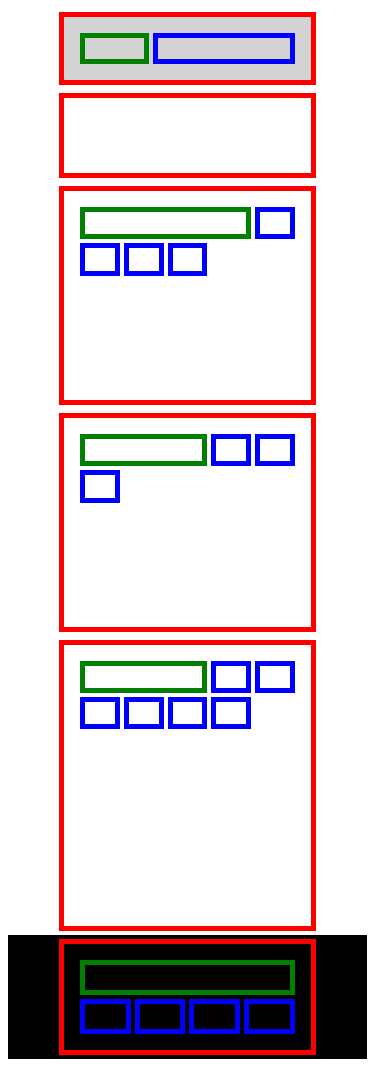
Repository: anderscederberg11/LAB2BG
Page: index.html
These files come from the project's save history. The page is drawn as it stood at one moment and after the next save; the edit follows.
The browser window is 375 px wide. The pictures show the whole page.

Above is the page before, as saved 2024-02-01 20:41:08.

### index.html
<!doctype html>
<html class="no-js" lang="en">

<head>
  <meta charset="utf-8">
  <meta name="viewport" content="width=device-width, initial-scale=1">
  <title>Sebastians Wonderful Website</title>
  <link rel="stylesheet" href="css/style.css">
  <meta name="description" content="sebastians website">
  <meta property="og:title" content="Sebastians Wonderful Website">
  <meta property="og:type" content="website">
  <meta property="og:url" content="https://www.SebastianWebsite.com">
  <!--<meta property="og:image" content=""> -->

  <link rel="icon" href="/favicon.ico" sizes="any">
  <link rel="icon" href="/icon.svg" type="image/svg+xml">
  <link rel="apple-touch-icon" href="icon.png">

</head>
    <body class="displayContainer">

        <header class="headerContainer">
            <div class="headerTitleContainer">
                <h1 class="title"></h1>
            </div>
            <div class="headerImageContainer"></div>
        </header>

        <div class="sectionOne">
            <div class="sectionOneImage">
                <div class="sectionOneList">
                    <p>test</p>
                </div>
                <!-- image -->
            </div>
        </div>

        <div class="sectionTwo">
            <h1 class="title"></h1>
        </div>

        <div class="sectionThree">
            <div class="headerSectionThree">
                <h2 class="secondHeader"></h2>
                <h5 class="subHeader"></h5>
            </div>
            <div class="card"></div>
            <div class="card"></div>
            <div class="card"></div>
            <div class="card"></div>
        </div>

        <div class="sectionFour">
            <div class="headerSectionFour">
                <h2 class="secondHeader"></h2>
                <h5 class="subHeader"></h5>
            </div>
            <div class="card-special"></div>
            <div class="card"></div>
            <div class="card"></div>
        </div>

        <div class="sectionFive">
            <div class="headerSectionFive">
                <h2 class="secondHeader"></h2>
                <h5 class="subHeader"></h5>
            </div>
            <div class="card"></div>
            <div class="card"></div>
            <div class="card"></div>
            <div class="card"></div>
            <div class="card"></div>
            <div class="card"></div>
        </div>

        <div class="sectionSix">
            <div class="headerSectionSix">
                <h2 class="secondHeader"></h2>
                <h5 class="subHeader"></h5>
            </div>
            <div class="card-special"></div>
            <div class="card-special"></div>
        </div>

        <div class="sectionSeven">
            <div class="card"></div>
            <div class="card"></div>
            <div class="card"></div>
            <div class="card"></div>
            <div class="card"></div>
        </div>

        <footer class="footerContainer">
            <div class="sectionFooter">
                <div class="footerInfo"><h6></h6></div>
                <div class="footerInfoCard"><h4></h4></div>
                <div class="footerInfoCard"><h4></h4></div>
                <div class="footerInfoCard"><h4></h4></div>
                <div class="footerInfoCard"><h4></h4></div>
            </div>
        </footer>

    </body>
</html>

### css/style.css
.displayContainer{
  display:flex;
  flex-direction: column;
  align-items: center;
}

.card, .card-special {
  border: 5px solid blue;
}

.headerContainer{
  grid-template-columns: repeat(3, 1fr);
  background-color: lightgrey;
}

.headerTitleContainer{
  border: 5px solid green;
}

.headerImageContainer{
  grid-column: 2/4;
  border: 5px solid blue;
}

.sectionOne{
  display:flex;
  flex-direction: column;
  align-items: center;
  background-color: lightgrey;
  width:100%;
  border:none;
  margin:0.25vh;
}

.sectionOneList{

}

.sectionOneImage{
  width:70%;
  height:30vw;
  border: 5px solid red;
}

.headerContainer, .sectionTwo, .sectionThree, .sectionFour, .sectionFive, .sectionSix, .sectionSeven, .sectionFooter{
  display:grid;
  width:60%;
  grid-gap:0.25em;
  padding:1em;
  margin:0.25em;
  border: 5px solid red;
}
.headerSectionThree, .headerSectionFour, .headerSectionFive, .headerSectionSix, .footerInfo{
  border: 5px solid green;
}

.sectionThree, .sectionFooter{
  grid-template-columns: repeat(4, 1fr);
  grid-template-rows: repeat(2, 1fr);
}

.headerSectionThree, .footerInfo{
  grid-column: span 4;
}

.sectionFour{
  grid-template-columns: repeat(3, 1fr);
  grid-template-rows: repeat(2, 1fr);
}

.headerSectionFour{
  grid-column: span 3;
}

.sectionFive{
  grid-template-columns: repeat(3, 1fr);
  grid-template-rows: repeat(3, 1fr);
}

.headerSectionFive{
  grid-column: span 3;
}

.sectionSix{
  grid-template-columns: repeat(2, 1fr);
  grid-template-rows: repeat(2, 1fr);
}

.headerSectionSix{
  grid-column: span 2;
}

.sectionSeven{
  grid-template-columns: repeat(5, 1fr);
  height:31.51px; /*REMOVE*/
}

.footerContainer{
  display:flex;
  flex-direction: column;
  align-items: center;
  width:100%;
  background-color: black;
}

.sectionFooter{

}

.footerInfo{

}

.footerInfoCard{
  border: 5px solid blue;
}

/* Small only */
@media screen and (max-width: 39.9375em) {
  .sectionOne, .sectionSix, .sectionSeven{
    display: none;
  }
  .sectionThree, .sectionFour, .sectionFive{
    grid-template-columns: repeat(5, 1fr);
  }
  .headerSectionThree, .headerSectionFour, .headerSectionFive{
    column-span: none;
  }
  .sectionThree, .sectionFour{
    grid-template-rows: repeat(5, 1fr);
  }
  .sectionFive{
    grid-template-rows: repeat(7, 1fr);
  }
}

/* Medium and up */
@media screen and (min-width: 40em) {}

/* Medium only */
@media screen and (min-width: 40em) and (max-width: 63.9375em) {
  .sectionThree, .sectionFour, .sectionFooter, .sectionFive{
    grid-template-columns: repeat(2, 1fr);
    grid-template-rows: repeat(3, 1fr);
  }

  .headerSectionThree, .footerInfo, .headerSectionFour, .sectionFour .card-special, .headerSectionFive {
    grid-column: span 2;
  }

  .sectionFive{
    grid-template-rows: repeat(4, 1fr);
  }

  .sectionSix{
    grid-template-columns: repeat(1, 1fr);
    grid-template-rows: repeat(3, 1fr);
  }

  .headerSectionSix{
    grid-column: span 1;
  }
}

/* Large and up */
@media screen and (min-width: 64em) {}

/* Large only */
@media screen and (min-width: 64em) and (max-width: 74.9375em) {}

After the next save:
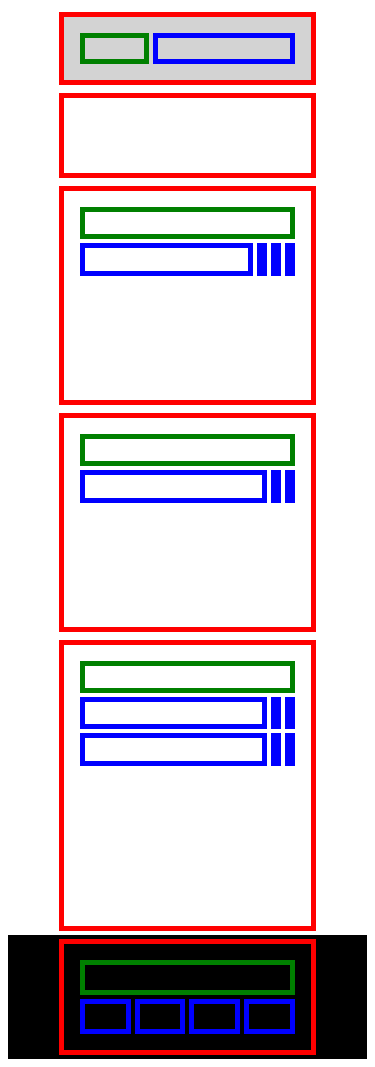
Saved 20 s later.
--- a/css/style.css
+++ b/css/style.css
@@ -121,7 +121,7 @@
     display: none;
   }
   .sectionThree, .sectionFour, .sectionFive{
-    grid-template-columns: repeat(5, 1fr);
+    grid-template-columns: repeat(1, 1fr);
   }
   .headerSectionThree, .headerSectionFour, .headerSectionFive{
     column-span: none;
